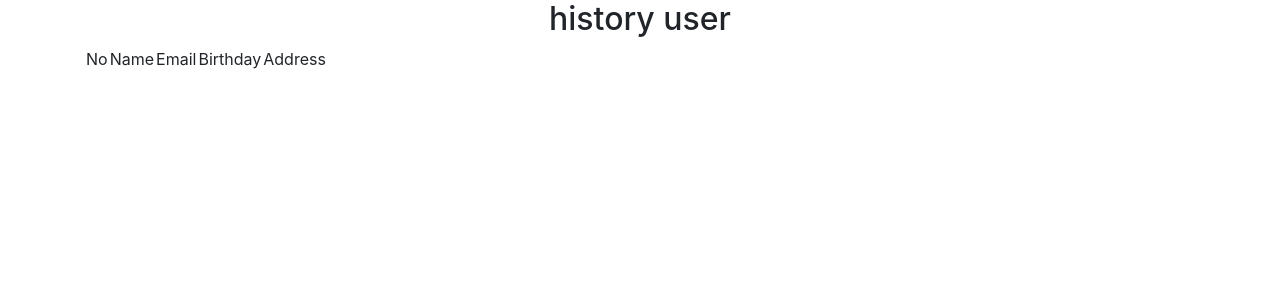
Repository: thanhbui99/java-eclipse
Page: http://localhost/userProject/historyServlet
An editor plug-in stored every save of this project. The page is shown before and after the next save, followed by the edit.
The browser window is 1280 px wide. The pictures show the whole page.
The page is served by Tomcat 9. Other server files are loaded and not shown.

Above is the page before, as saved 2020-11-02 09:29:17.

### workspace/userProject/WebContent/WEB-INF/View/history.jsp
<%@ page language="java" contentType="text/html; charset=UTF-8"
	pageEncoding="UTF-8"%>
<!DOCTYPE html PUBLIC "-//W3C//DTD HTML 4.01 Transitional//EN" "http://www.w3.org/TR/html4/loose.dtd">
<html>
<head>
<meta http-equiv="Content-Type" content="text/html; charset=UTF-8">
<!-- Latest compiled and minified CSS -->
<link rel="stylesheet"
	href="https://maxcdn.bootstrapcdn.com/bootstrap/4.4.1/css/bootstrap.min.css">

<!-- jQuery library -->
<script
	src="https://ajax.googleapis.com/ajax/libs/jquery/3.4.1/jquery.min.js"></script>

<!-- Popper JS -->
<script
	src="https://cdnjs.cloudflare.com/ajax/libs/popper.js/1.16.0/umd/popper.min.js"></script>

<!-- Latest compiled JavaScript -->
<script
	src="https://maxcdn.bootstrapcdn.com/bootstrap/4.4.1/js/bootstrap.min.js"></script>

<title>History</title>
</head>
<body>
	<div class="container">
		<div class="panel panel-primary">
			<div class="panel-heading">
				<h2 class="text-center">history user</h2>
			</div>
			<div class="panel-body">
               <table>
                  <tr>
                     <td>No</td>
                     <td>Name</td>
                     <td>Email</td>
                     <td>Birthday</td>
                     <td>Address</td>
                  </tr>
               <thead>
               <tbody>

               </tbody>
               </table>
		</div>
	</div>
</body>
</html>

### workspace/userProject/src/servlet/historyServlet.java
package servlet;

import java.io.IOException;

import javax.servlet.RequestDispatcher;
import javax.servlet.ServletException;
import javax.servlet.annotation.WebServlet;
import javax.servlet.http.HttpServlet;
import javax.servlet.http.HttpServletRequest;
import javax.servlet.http.HttpServletResponse;

@WebServlet("/historyServlet")
public class historyServlet extends HttpServlet {
	private static final long serialVersionUID = 1L;

	public historyServlet() {
		super();

	}

	protected void doGet(HttpServletRequest request, HttpServletResponse response)
			throws ServletException, IOException {
		RequestDispatcher rd = request.getRequestDispatcher("/WEB-INF/View/history.jsp");
		rd.forward(request, response);

	}

	protected void doPost(HttpServletRequest request, HttpServletResponse response)
			throws ServletException, IOException {

	}

}

After the next save:
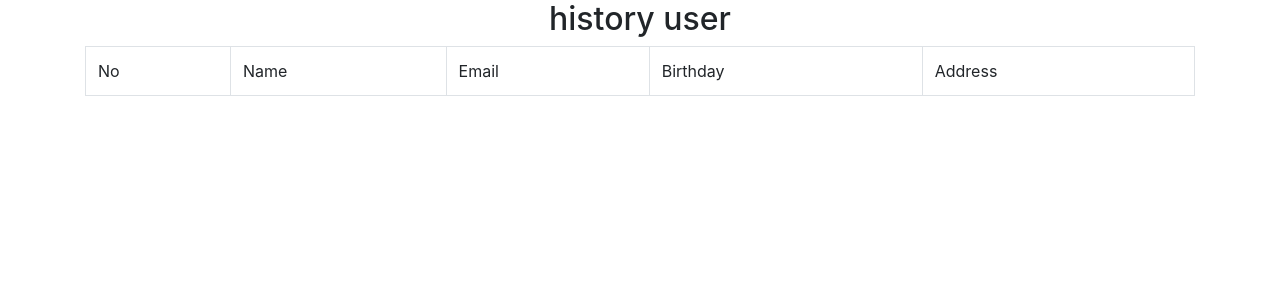
Saved 38 s later.
--- a/workspace/userProject/WebContent/WEB-INF/View/history.jsp
+++ b/workspace/userProject/WebContent/WEB-INF/View/history.jsp
@@ -29,7 +29,7 @@
 				<h2 class="text-center">history user</h2>
 			</div>
 			<div class="panel-body">
-               <table>
+               <table class="table table-bordered">
                   <tr>
                      <td>No</td>
                      <td>Name</td>
